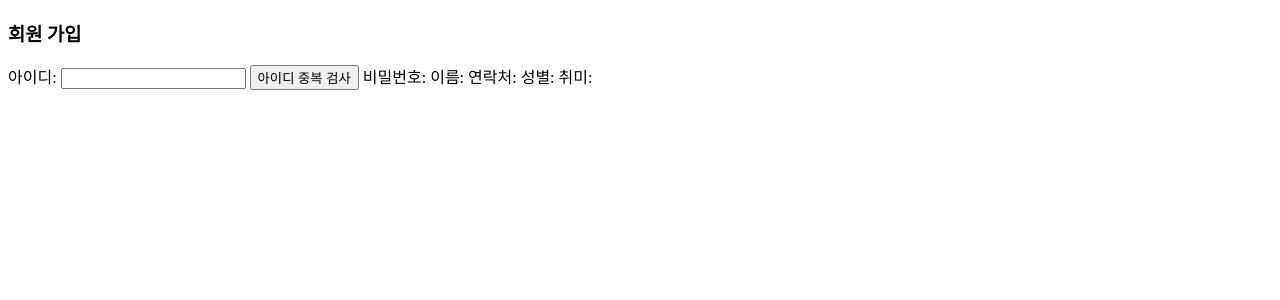
Repository: SJM7301/KH-JSP
Page: http://localhost/JSPBook/ch06/form04.jsp
The author's editor kept a copy of each file at every save. The page is drawn from the files as they stood at one save, then again after the next save.
The browser window is 1280 px wide. The pictures show the whole page.
The page is served by Tomcat 10. Other server files are loaded and not shown.

Above is the page before, as saved 2025-02-05 00:30:38.

### JSPBook/src/main/webapp/ch06/form04.jsp
<%@ page language="java" contentType="text/html; charset=UTF-8"
    pageEncoding="UTF-8"%>
<!DOCTYPE html>
<html>
<head>
<meta charset="UTF-8">
<title>Insert title here</title>
</head>
<body>
	<h3>회원 가입</h3>
	<form action="#" name="member" method="post">
		<p>
			아이디: <input type="text" name="id"> <input type="button" value="아이디 중복 검사">
			비밀번호:
			이름:
			연락처:
			성별:
			취미:

		</p>
	</form>
</body>
</html>

After the next save:
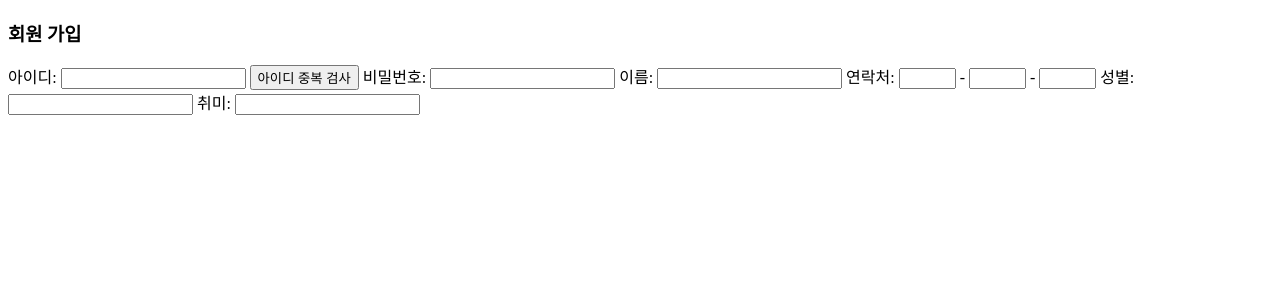
Saved 2 min 7 s later.
--- a/JSPBook/src/main/webapp/ch06/form04.jsp
+++ b/JSPBook/src/main/webapp/ch06/form04.jsp
@@ -11,11 +11,13 @@
 	<form action="#" name="member" method="post">
 		<p>
 			아이디: <input type="text" name="id"> <input type="button" value="아이디 중복 검사">
-			비밀번호:
-			이름:
-			연락처:
-			성별:
-			취미:
+			비밀번호: <input type="password" name="passwd">
+			이름: <input type="text" name="name">
+			연락처: <input type="text" maxlength="4" size="4" name="phone1">
+				- <input type="text" maxlength="4" size="4" name="phone2">
+				- <input type="text" maxlength="4" size="4" name="phone3">
+			성별: <input type="text">
+			취미: <input type="text">
 
 		</p>
 	</form>
